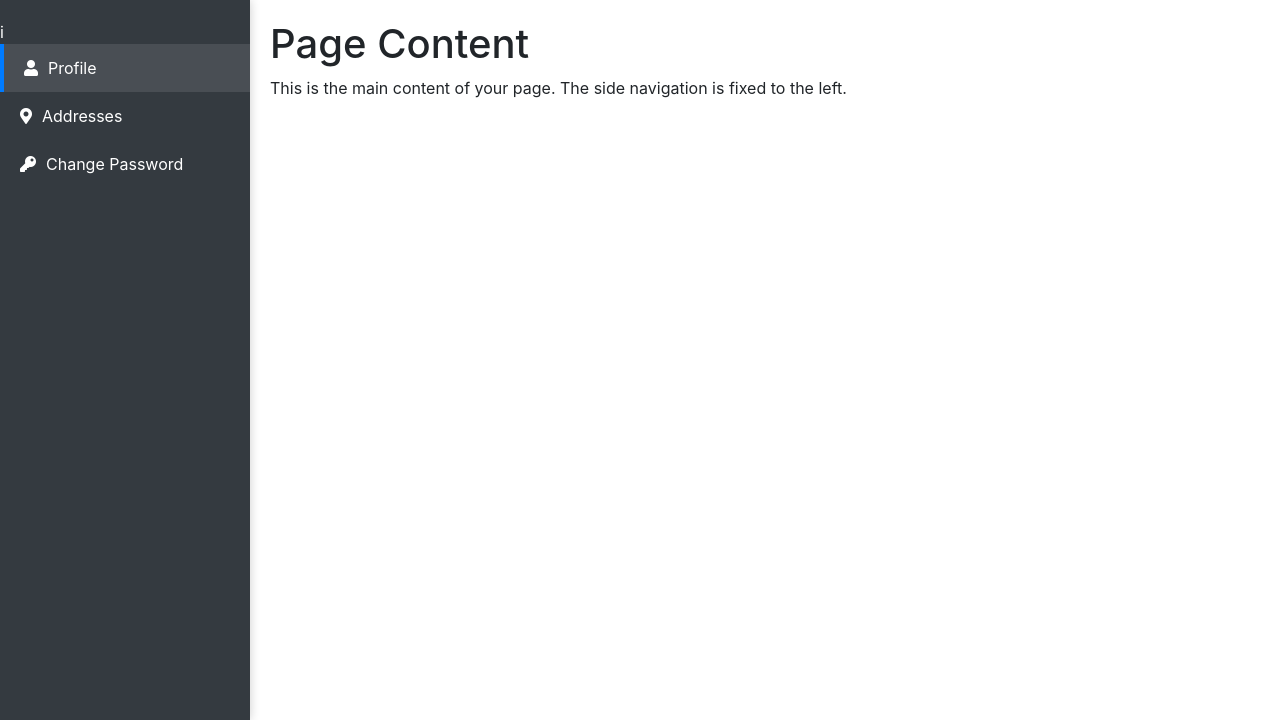
Repository: Darkrepo23/Ecommerce-Manalastas-project
Page: profile-settings.html
The author's editor kept a copy of each file at every save. The page is drawn from the files as they stood at one save, then again after the next save.
The browser window is 1280 px wide. The pictures show the whole page.
Some web libraries are served in a nearby version.

Above is the page before, as saved 2026-01-04 08:46:31.

### profile-settings.html
 <!DOCTYPE html>
 <html lang="en">
 <head>
  <meta charset="UTF-8">
  <meta name="viewport" content="width=device-width, initial-scale=1.0">
  <title>Beautiful Bootstrap Side Navigation</title>
  <!-- Bootstrap CSS -->
  <link rel="stylesheet" href="https://stackpath.bootstrapcdn.com/bootstrap/4.5.2/css/bootstrap.min.css">
  <!-- Font Awesome CSS (for icons) -->
  <link rel="stylesheet" href="https://cdnjs.cloudflare.com/ajax/libs/font-awesome/5.15.4/css/all.min.css">
  <style>
  /* Custom Styles for the Side Navigation */
  .sidebar {
  height: 100vh; /* Full height of the viewport */
  width: 250px; /* Width of the sidebar */
  position: fixed; /* Fixed position */
  top: 0;
  left: 0;
  background-color: #343a40; /* Dark background */
  color: white; /* White text */
  padding-top: 20px;
  box-shadow: 0 0 10px rgba(0, 0, 0, 0.2); /* Add shadow */
  }

  .sidebar a {
  padding: 12px 20px;
  text-decoration: none;
  font-size: 16px;
  color: white; /* White text */
  display: block;
  transition: background-color 0.3s ease; /* Smooth transition */
  }

  .sidebar a:hover {
  background-color: rgba(255, 255, 255, 0.1); /* Lighter background on hover */
  }

  .sidebar i {
  margin-right: 10px; /* Add space between icon and text */
  }

  /* Content area style to prevent overlap */
  .content {
  margin-left: 250px; /* Same as sidebar width */
  padding: 20px;
  }

  /* Add a top border to the active link */
  .sidebar .active {
  border-left: 4px solid #007bff; /* Blue active indicator */
  background-color: rgba(255, 255, 255, 0.1); /* Slightly lighter background */
  }
  </style>
 </head>
 <body>

  <!-- Side Navigation -->
  <div class="sidebar">
  i
  <a href="#" class="active"><i class="fas fa-user"></i>Profile</a>
  <a href="#"><i class="fas fa-map-marker-alt"></i>Addresses</a>
  <a href="#"><i class="fas fa-key"></i>Change Password</a>
  </div>

  <!-- Page Content -->
  <div class="content">
  <h1>Page Content</h1>
  <p>This is the main content of your page. The side navigation is fixed to the left.</p>
  </div>

  <!-- Bootstrap JS and Popper.js (optional, but might be needed for other components) -->
  <script src="https://code.jquery.com/jquery-3.5.1.slim.min.js"></script>
  <script src="https://cdn.jsdelivr.net/npm/@popperjs/core@2.5.3/dist/umd/popper.min.js"></script>
  <script src="https://stackpath.bootstrapcdn.com/bootstrap/4.5.2/js/bootstrap.min.js"></script>
 </body>
 </html>

After the next save:
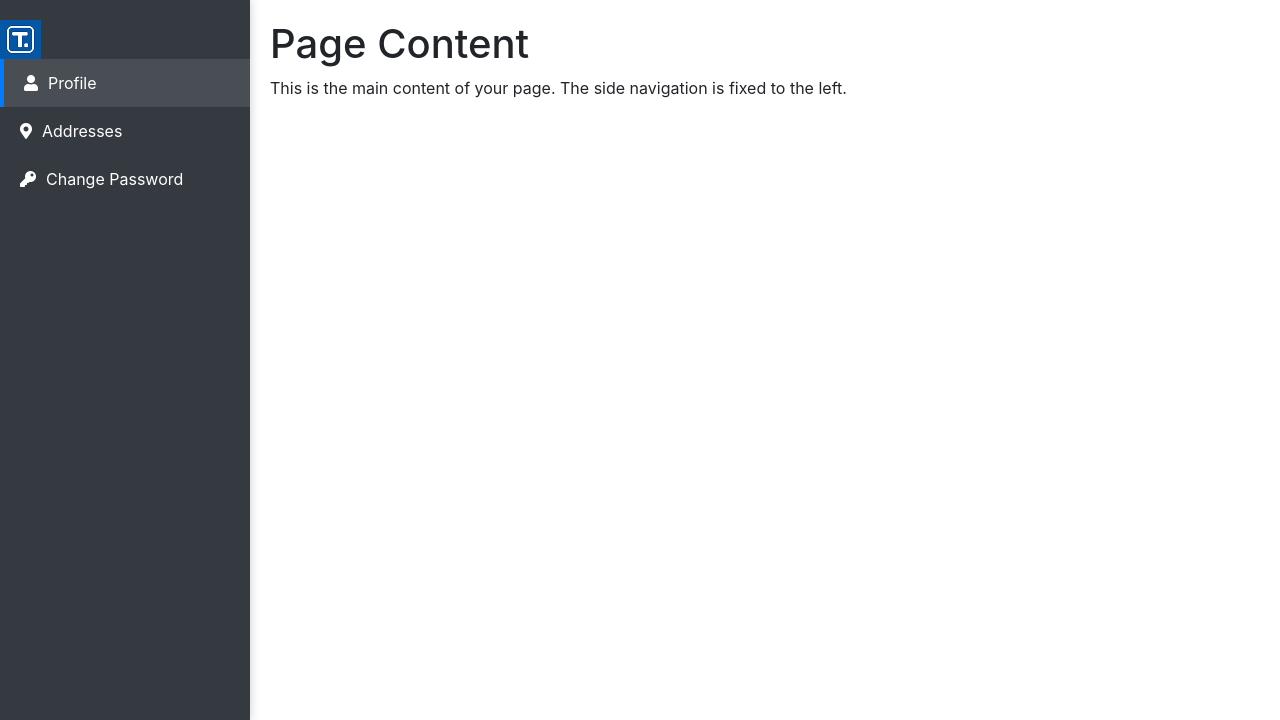
Saved 13 s later.
--- a/profile-settings.html
+++ b/profile-settings.html
@@ -56,7 +56,7 @@
 
   <!-- Side Navigation -->
   <div class="sidebar">
-  i
+  <img src="img/logo.png" class="">
   <a href="#" class="active"><i class="fas fa-user"></i>Profile</a>
   <a href="#"><i class="fas fa-map-marker-alt"></i>Addresses</a>
   <a href="#"><i class="fas fa-key"></i>Change Password</a>
